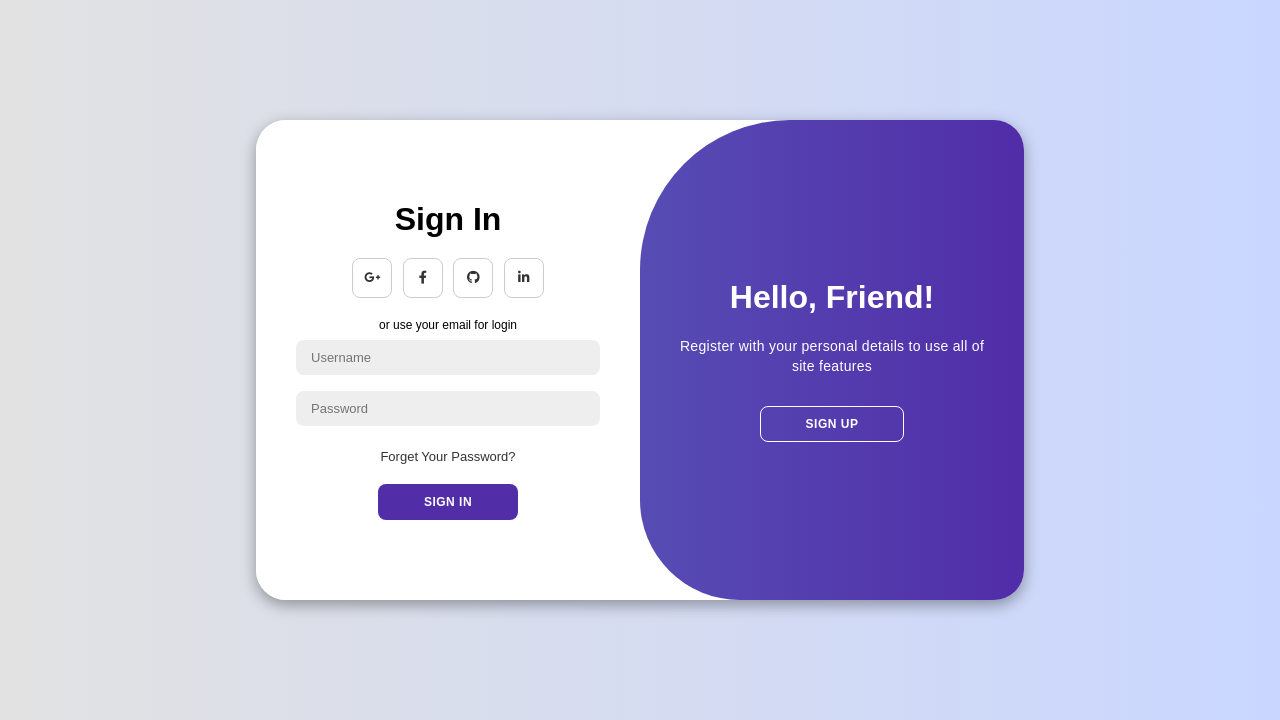
Repository: TuanAnhNguyen723/Restaurant-Projects
Page: index.html
An editor plug-in stored every save of this project. The page is shown before and after the next save, followed by the edit.
The browser window is 1280 px wide. The pictures show the whole page.

Above is the page before, as saved 2024-06-03 12:42:53.

### index.html
<!DOCTYPE html>
<html lang="en">
  <head>
    <meta charset="UTF-8" />
    <meta name="viewport" content="width=device-width, initial-scale=1.0" />
    <link
      rel="stylesheet"
      href="https://cdnjs.cloudflare.com/ajax/libs/font-awesome/6.4.2/css/all.min.css"
    />
    <link rel="stylesheet" href="./styles.css" />
    <title>Restaurant Food</title>
  </head>

  <body>
    <div class="container" id="container">
      <div class="form-container sign-up">
        <form action="./register/register.php" method="post">
          <h1>Create Account</h1>
          <div class="social-icons">
            <a href="#" class="icon"
              ><i class="fa-brands fa-google-plus-g"></i
            ></a>
            <a href="#" class="icon"><i class="fa-brands fa-facebook-f"></i></a>
            <a href="#" class="icon"><i class="fa-brands fa-github"></i></a>
            <a href="#" class="icon"
              ><i class="fa-brands fa-linkedin-in"></i
            ></a>
          </div>
          <span>or use your email for registration</span>
          <input type="text" placeholder="Username" name="username" required />
          <input type="text" placeholder="Name" name="name" required />
          <input type="email" placeholder="Email" name="email" required />
          <input type="text" placeholder="Phone" name="phone" required />
          <input
            type="password"
            placeholder="Password"
            name="password"
            required
          />
          <button type="submit">Sign Up</button>
        </form>
      </div>
      <div class="form-container sign-in">
        <form action="./Controller/validateUser.php" method="post">
          <h1>Sign In</h1>
          <div class="social-icons">
            <a href="#" class="icon"
              ><i class="fa-brands fa-google-plus-g"></i
            ></a>
            <a href="#" class="icon"><i class="fa-brands fa-facebook-f"></i></a>
            <a href="#" class="icon"><i class="fa-brands fa-github"></i></a>
            <a href="#" class="icon"
              ><i class="fa-brands fa-linkedin-in"></i
            ></a>
          </div>
          <span>or use your email for login</span>
          <input
            type="text"
            placeholder="Username"
            name="username"
            id="username"
            required
          />
          <input
            type="password"
            placeholder="Password"
            name="password"
            id="password"
            required
          />
          <a href="#">Forget Your Password?</a>
          <button type="submit">Sign In</button>
        </form>
      </div>
      <div class="toggle-container">
        <div class="toggle">
          <div class="toggle-panel toggle-left">
            <h1>Welcome Back!</h1>
            <p>Enter your personal details to use all of site features</p>
            <button class="hidden" id="login">Sign In</button>
          </div>
          <div class="toggle-panel toggle-right">
            <h1>Hello, Friend!</h1>
            <p>
              Register with your personal details to use all of site features
            </p>
            <button class="hidden" id="register">Sign Up</button>
          </div>
        </div>
      </div>
    </div>

    <script src="./script.js"></script>
  </body>
</html>

### styles.css
/* @import url('https://fonts.googleapis.com/css2?family=Montserrat:wght@300;400;500;600;700&display=swap'); */

* {
  margin: 0;
  padding: 0;
  box-sizing: border-box;
  font-family: "Montserrat", sans-serif;
}

body {
  background-color: #c9d6ff;
  background: linear-gradient(to right, #e2e2e2, #c9d6ff);
  display: flex;
  align-items: center;
  justify-content: center;
  flex-direction: column;
  height: 100vh;
  font-family: system-ui, -apple-system, BlinkMacSystemFont, "Segoe UI", Roboto,
    Oxygen, Ubuntu, Cantarell, "Open Sans", "Helvetica Neue", sans-serif;
}

.container {
  background-color: #fff;
  border-radius: 30px;
  box-shadow: 0 5px 15px rgba(0, 0, 0, 0.35);
  position: relative;
  overflow: hidden;
  width: 768px;
  max-width: 100%;
  min-height: 480px;
}

.container p {
  font-size: 14px;
  line-height: 20px;
  letter-spacing: 0.3px;
  margin: 20px 0;
}

.container span {
  font-size: 12px;
}

.container a {
  color: #333;
  font-size: 13px;
  text-decoration: none;
  margin: 15px 0 10px;
}

.container button {
  background-color: #512da8;
  color: #fff;
  font-size: 12px;
  padding: 10px 45px;
  border: 1px solid transparent;
  border-radius: 8px;
  font-weight: 600;
  letter-spacing: 0.5px;
  text-transform: uppercase;
  margin-top: 10px;
  cursor: pointer;
}

.container button.hidden {
  background-color: transparent;
  border-color: #fff;
}

.container form {
  background-color: #fff;
  display: flex;
  align-items: center;
  justify-content: center;
  flex-direction: column;
  padding: 0 40px;
  height: 100%;
}

.container input {
  background-color: #eee;
  border: none;
  margin: 8px 0;
  padding: 10px 15px;
  font-size: 13px;
  border-radius: 8px;
  width: 100%;
  outline: none;
}

.form-container {
  position: absolute;
  top: 0;
  height: 100%;
  transition: all 0.6s ease-in-out;
}

.sign-in {
  left: 0;
  width: 50%;
  z-index: 2;
}

.container.active .sign-in {
  transform: translateX(100%);
}

.sign-up {
  left: 0;
  width: 50%;
  opacity: 0;
  z-index: 1;
}

.container.active .sign-up {
  transform: translateX(100%);
  opacity: 1;
  z-index: 5;
  animation: move 0.6s;
}

@keyframes move {
  0%,
  49.99% {
    opacity: 0;
    z-index: 1;
  }
  50%,
  100% {
    opacity: 1;
    z-index: 5;
  }
}

.social-icons {
  margin: 20px 0;
}

.social-icons a {
  border: 1px solid #ccc;
  border-radius: 20%;
  display: inline-flex;
  justify-content: center;
  align-items: center;
  margin: 0 3px;
  width: 40px;
  height: 40px;
}

.toggle-container {
  position: absolute;
  top: 0;
  left: 50%;
  width: 50%;
  height: 100%;
  overflow: hidden;
  transition: all 0.6s ease-in-out;
  border-radius: 150px 0 0 100px;
  z-index: 1000;
}

.container.active .toggle-container {
  transform: translateX(-100%);
  border-radius: 0 150px 100px 0;
}

.toggle {
  background-color: #512da8;
  height: 100%;
  background: linear-gradient(to right, #5c6bc0, #512da8);
  color: #fff;
  position: relative;
  left: -100%;
  height: 100%;
  width: 200%;
  transform: translateX(0);
  transition: all 0.6s ease-in-out;
}

.container.active .toggle {
  transform: translateX(50%);
}

.toggle-panel {
  position: absolute;
  width: 50%;
  height: 100%;
  display: flex;
  align-items: center;
  justify-content: center;
  flex-direction: column;
  padding: 0 30px;
  text-align: center;
  top: 0;
  transform: translateX(0);
  transition: all 0.6s ease-in-out;
}

.toggle-left {
  transform: translateX(-200%);
}

.container.active .toggle-left {
  transform: translateX(0);
}

.toggle-right {
  right: 0;
  transform: translateX(0);
}

.container.active .toggle-right {
  transform: translateX(200%);
}

Loaded but not shown: script.js (common file)

After the next save:
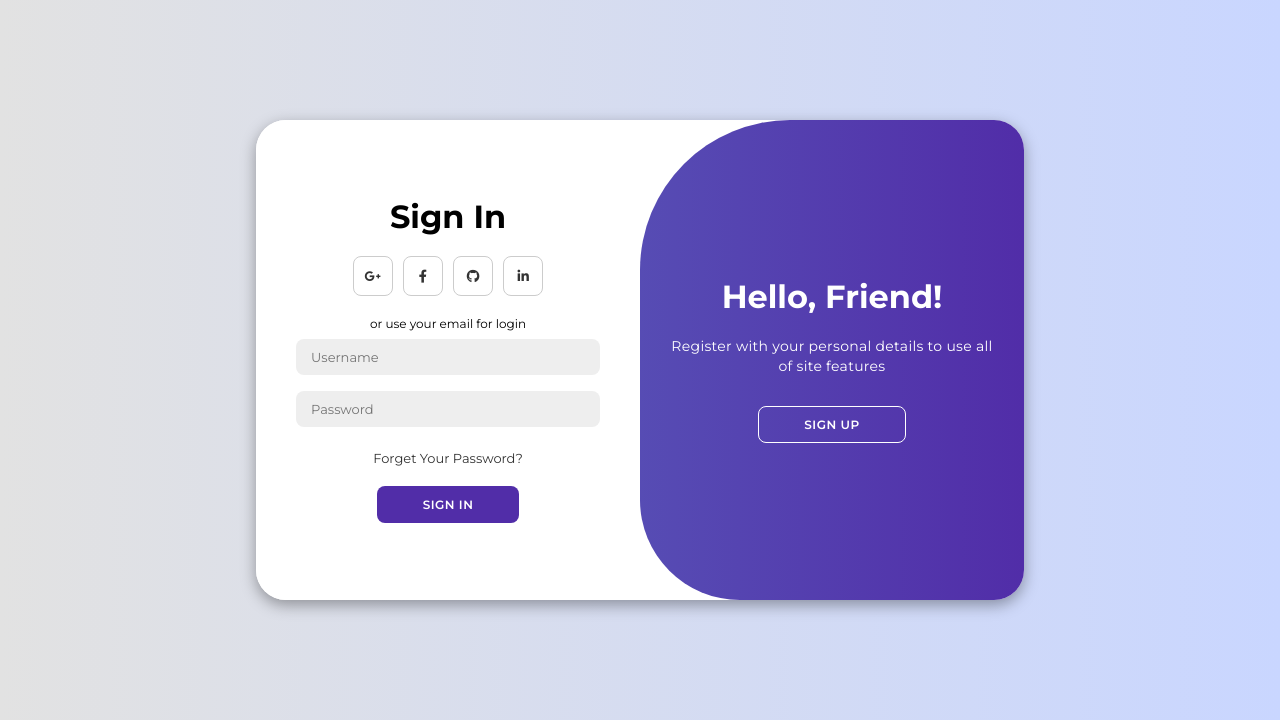
Saved 11 s later.
--- a/styles.css
+++ b/styles.css
@@ -1,4 +1,4 @@
-/* @import url('https://fonts.googleapis.com/css2?family=Montserrat:wght@300;400;500;600;700&display=swap'); */
+@import url("https://fonts.googleapis.com/css2?family=Montserrat:wght@300;400;500;600;700&display=swap");
 
 * {
   margin: 0;

After the save that followed:
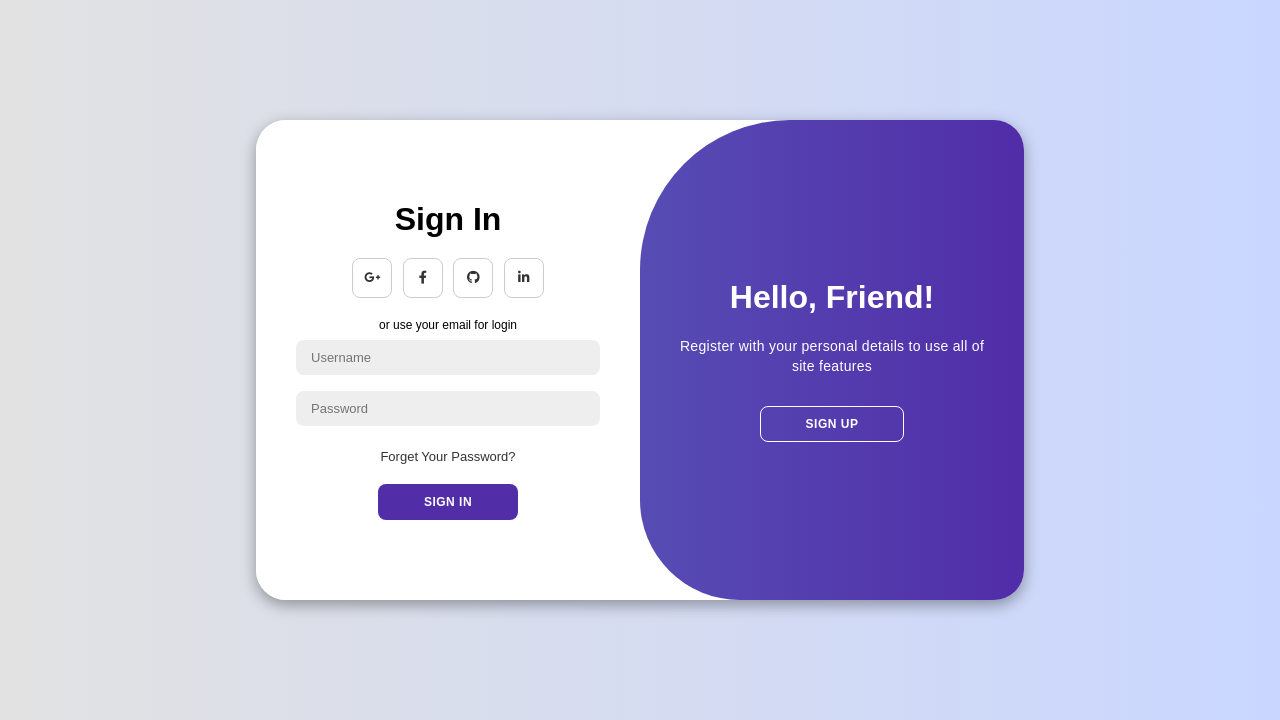
Saved 12 s later.
--- a/styles.css
+++ b/styles.css
@@ -1,4 +1,4 @@
-@import url("https://fonts.googleapis.com/css2?family=Montserrat:wght@300;400;500;600;700&display=swap");
+/* @import url("https://fonts.googleapis.com/css2?family=Montserrat:wght@300;400;500;600;700&display=swap"); */
 
 * {
   margin: 0;
